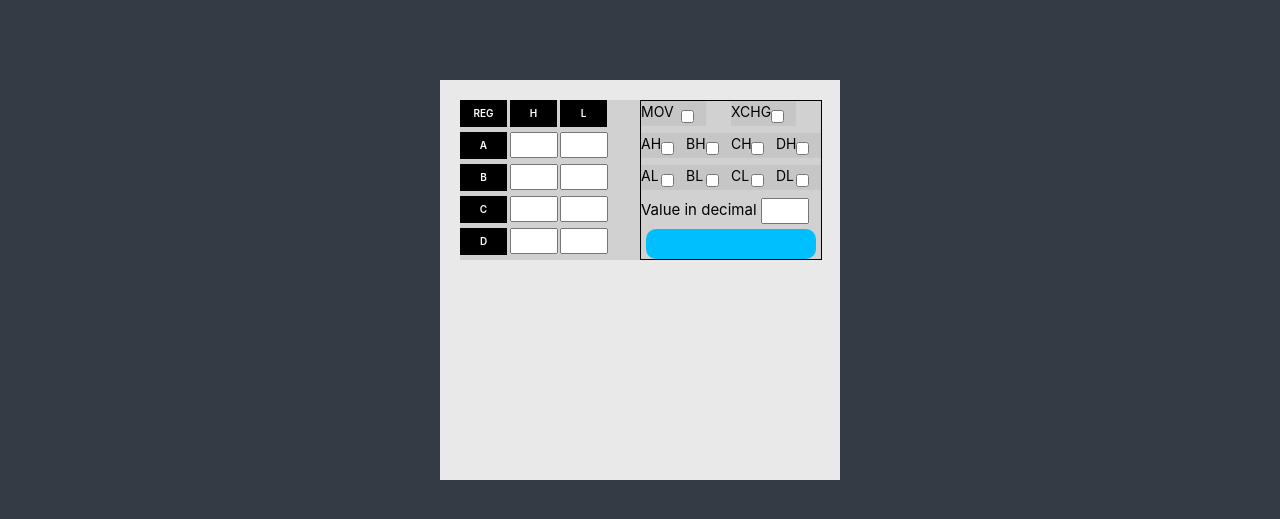
Repository: piookr-wsei/8086
Page: /
The author's editor kept a copy of each file at every save. The page is drawn from the files as they stood at one save, then again after the next save.
The browser window is 1280 px wide. The pictures show the whole page.
The project was rebuilt for these pictures with package versions that can differ from the ones it lists, and the page was loaded fresh each time.

Above is the page before, as saved 2022-06-18 21:51:24.

After the next save:
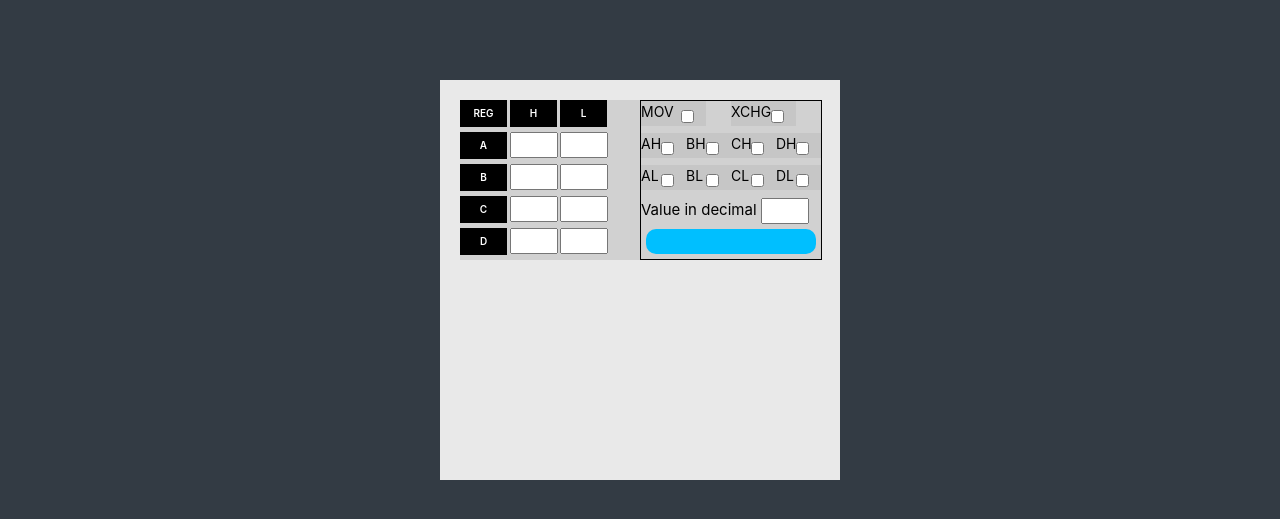
Saved 28 s later.
--- a/src/Components/Components.elements.js
+++ b/src/Components/Components.elements.js
@@ -42,7 +42,6 @@ export const SettingsWrapper = styled.div`
     font-size: 14px;
     line-height: 22px;
     grid-template-rows: 32px 64px repeat(auto-fit, 32px);
-
 `
 
 export const RegDescSC = styled.div`
@@ -120,5 +119,5 @@ width: 170px;
 border-radius: 10px;
 border:transparent 4px;
 background-color: #00bfff;
-margin: 0px auto;
+margin: 0px auto 5px auto;
 `
